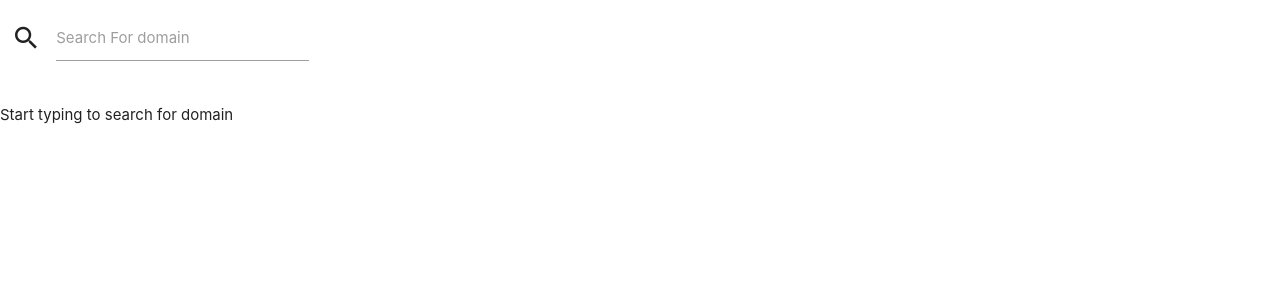
Repository: habib-urrehmaan/domain-name-searcher
Page: / (app in client/)
An editor plug-in stored every save of this project. The page is shown before and after the next save, followed by the edit.
The browser window is 1280 px wide. The pictures show the whole page.
The project was rebuilt for these pictures with package versions that can differ from the ones it lists, and the page was loaded fresh each time.

Above is the page before, as saved 2020-04-17 18:02:44.

### client/public/index.html
<!DOCTYPE html>
<html lang="en">
  <head>
    <meta charset="utf-8" />
    <link rel="icon" href="%PUBLIC_URL%/favicon.ico" />
    <meta name="viewport" content="width=device-width, initial-scale=1" />
    <meta name="theme-color" content="#000000" />
    <meta
      name="description"
      content="Web site created using create-react-app"
    />
    <link rel="apple-touch-icon" href="%PUBLIC_URL%/logo192.png" />
    <!--
      manifest.json provides metadata used when your web app is installed on a
      user's mobile device or desktop. See https://developers.google.com/web/fundamentals/web-app-manifest/
    -->
    <link rel="manifest" href="%PUBLIC_URL%/manifest.json" />
    <!--
      Notice the use of %PUBLIC_URL% in the tags above.
      It will be replaced with the URL of the `public` folder during the build.
      Only files inside the `public` folder can be referenced from the HTML.

      Unlike "/favicon.ico" or "favicon.ico", "%PUBLIC_URL%/favicon.ico" will
      work correctly both with client-side routing and a non-root public URL.
      Learn how to configure a non-root public URL by running `npm run build`.
    -->
    <link rel="stylesheet" href="https://cdnjs.cloudflare.com/ajax/libs/materialize/1.0.0/css/materialize.min.css">
    <link href="https://fonts.googleapis.com/icon?family=Material+Icons" rel="stylesheet">
     <!-- Compiled and minified JavaScript -->
     <script src="https://cdnjs.cloudflare.com/ajax/libs/materialize/1.0.0/js/materialize.min.js"></script>
    <title>React App</title>
  </head>
  <body>
    <noscript>You need to enable JavaScript to run this app.</noscript>
    <div id="root"></div>
    <!--
      This HTML file is a template.
      If you open it directly in the browser, you will see an empty page.

      You can add webfonts, meta tags, or analytics to this file.
      The build step will place the bundled scripts into the <body> tag.

      To begin the development, run `npm start` or `yarn start`.
      To create a production bundle, use `npm run build` or `yarn build`.
    -->
  </body>
</html>

### client/src/index.js
import React from 'react';
import ReactDOM from 'react-dom';
import './index.css';
import App from './App';

ReactDOM.render(
  <React.StrictMode>
    <App />
  </React.StrictMode>,
  document.getElementById('root')
);

// If you want your app to work offline and load faster, you can change
// unregister() to register() below. Note this comes with some pitfalls.
// Learn more about service workers: https://bit.ly/CRA-PWA
// serviceWorker.unregister();

### client/src/App.js
import React from 'react';
import Search from './Search';
import Output from './Output';

class App extends React.Component {

  constructor(props)
  {
    super(props);
    this.state ={
      output:null
    }
  }


  setAppOutput = (outputData) =>
  {
    console.log("setting output value")

    this.setState({
      output:outputData
    })
  }

  render()
  {
    return (
      <div className="App">
        <Search setOutput={this.setAppOutput}/>
        <Output data={this.state.output}/>
      </div>
    );
  }
}

export default App;

### client/src/Search.js
import React, { Component } from 'react'
import axios from 'axios'

class Search extends Component {

    constructor(props)
    {
        super(props);
        console.log(props)
    }

    onChangeHandler = (e) =>
    {
        axios({
            'method': 'GET',
            'url': `http://localhost:5000/domain/search?domain=${e.target.value}`,
            'ContentType':'application/json'
        }).then((response)=>{

            var obj = JSON.parse(response.data.data);
            this.props.setOutput(obj);
        }).catch(error=>{
            console.log(error);
        });
    }

    render() {
        return (
            <div>
                <div className="row">
                    <div className="input-field col offset-s s3">
                        <i className="material-icons prefix">search</i>
                        <input id="search" type="text" className="validate" onChange={this.onChangeHandler}/>
                        <label htmlFor="search">Search For domain</label>
                    </div>
                </div>
            </div>
        )
    }
}

export default Search;

### client/src/Output.js
import React from 'react'

export default function Output(props) {

    let {data} = props;
    console.log("output data",data);
    return (
        <div>
        {(data)?(<div>{(data.available)?(<div><span>Congratulations! This domain is available</span><br/>
            <span><b>Price:</b>{data.price}{data.currency}</span></div>):(data.code)?(<div>{data.message}</div>):(<span>Sorry this domain is not Available</span>)}</div>)
            :(<div>Start typing to search for domain</div>)}


        </div>
    )
}

Loaded but not shown: client/src/index.css (common file)

After the next save:
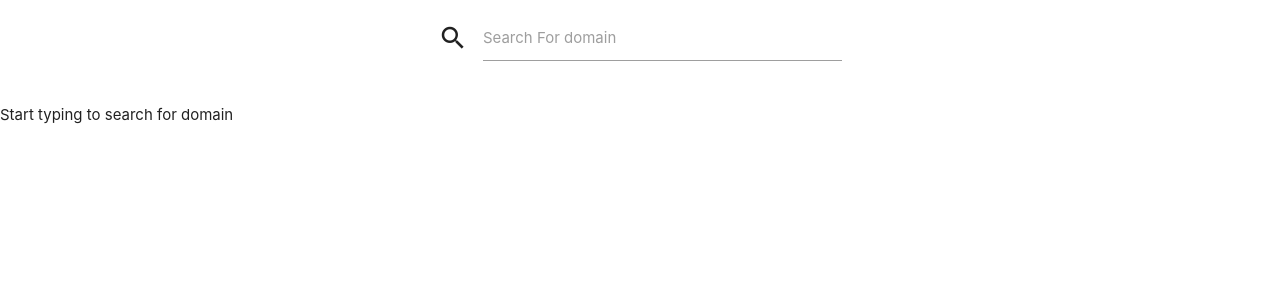
Saved 15 s later.
--- a/client/src/Search.js
+++ b/client/src/Search.js
@@ -28,7 +28,7 @@ class Search extends Component {
         return (
             <div>
                 <div className="row">
-                    <div className="input-field col offset-s s3">
+                    <div className="input-field col offset-s4 s4">
                         <i className="material-icons prefix">search</i>
                         <input id="search" type="text" className="validate" onChange={this.onChangeHandler}/>
                         <label htmlFor="search">Search For domain</label>
